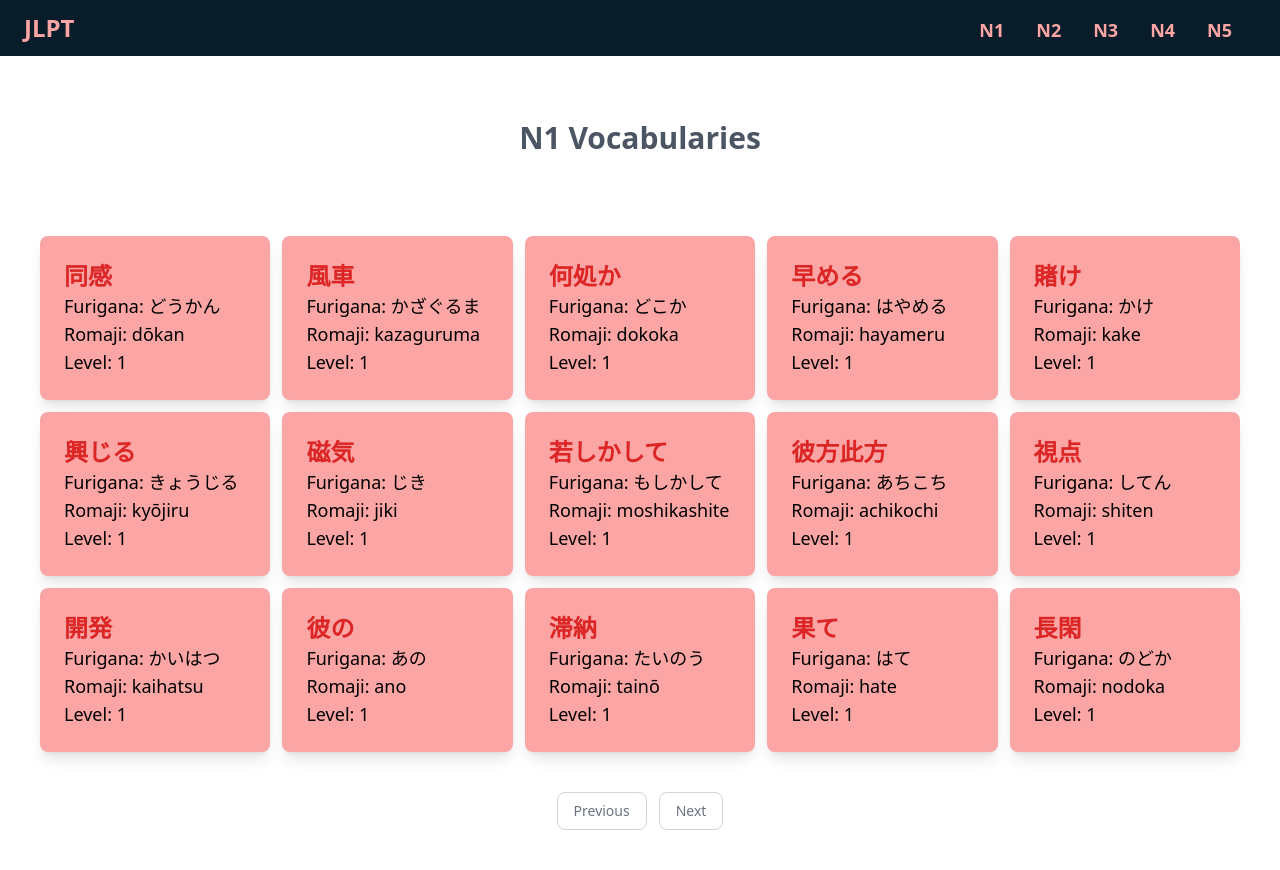
Repository: Penglee25/JLPT-vocabulary
Page: /n2
These files come from the project's save history. The page is drawn as it stood at one moment and after a run of saves; the edit follows.
The browser window is 1280 px wide. The pictures show the whole page.
The project was rebuilt for these pictures with package versions that can differ from the ones it lists, and the page was loaded fresh each time. The framework's server and built-in components were replaced by stand-ins that run in the browser. Also part of the build but not shown: next.config.js, src/styles/main.css.

Above is the page before, as saved 2023-03-17 16:03:30.

After the next 2 saves:
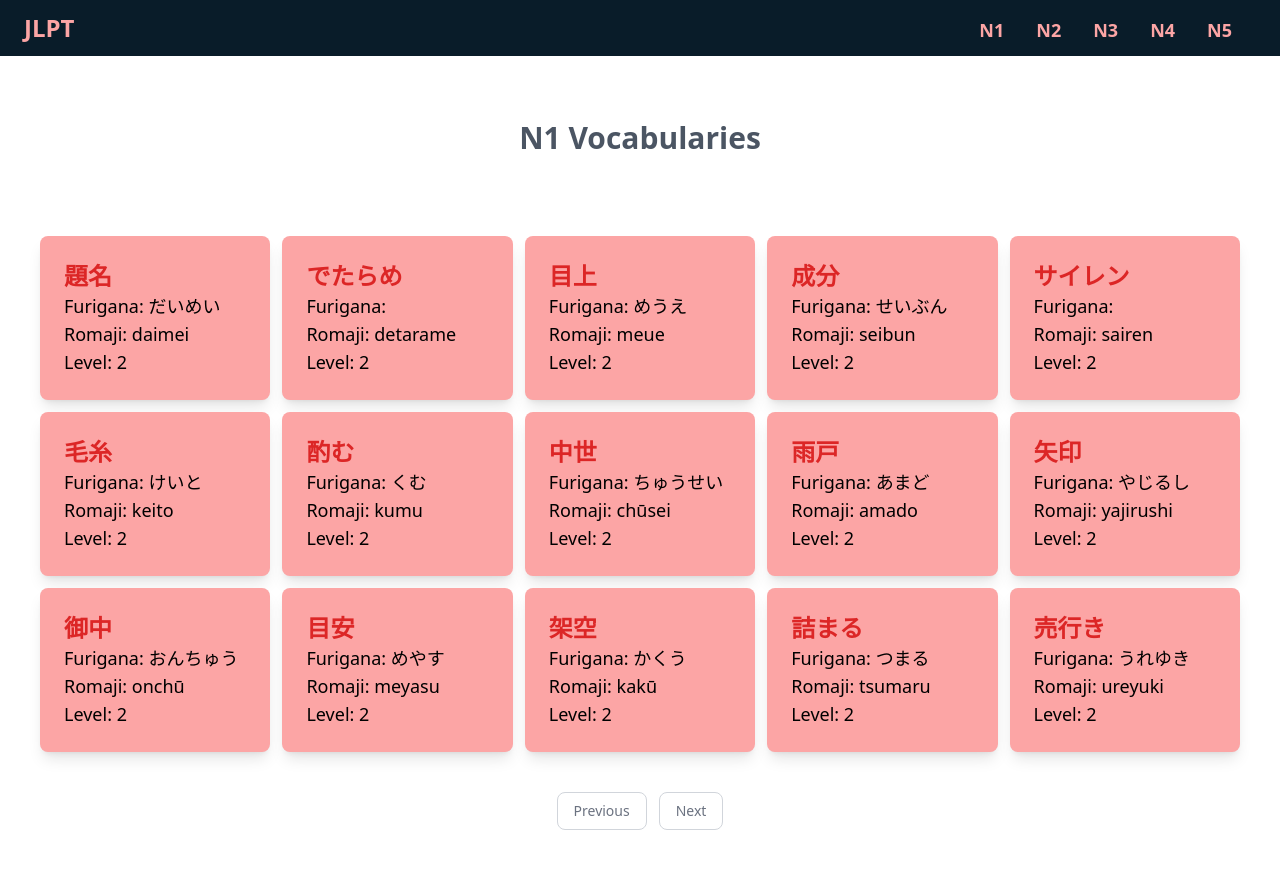
The 2 saves are shown as one change because they came seconds apart.
The last was saved 6 s later.
--- a/src/pages/n2.tsx
+++ b/src/pages/n2.tsx
@@ -11,10 +11,10 @@ interface words {
     level: number;
   }
 
-export default function n1() {
+export default function n2() {
 
     const [wordPost, setWordPost] = useState();
-    const data: words[] = pickDB(1);
+    const data: words[] = pickDB(2);
 
     return (
         <div>
